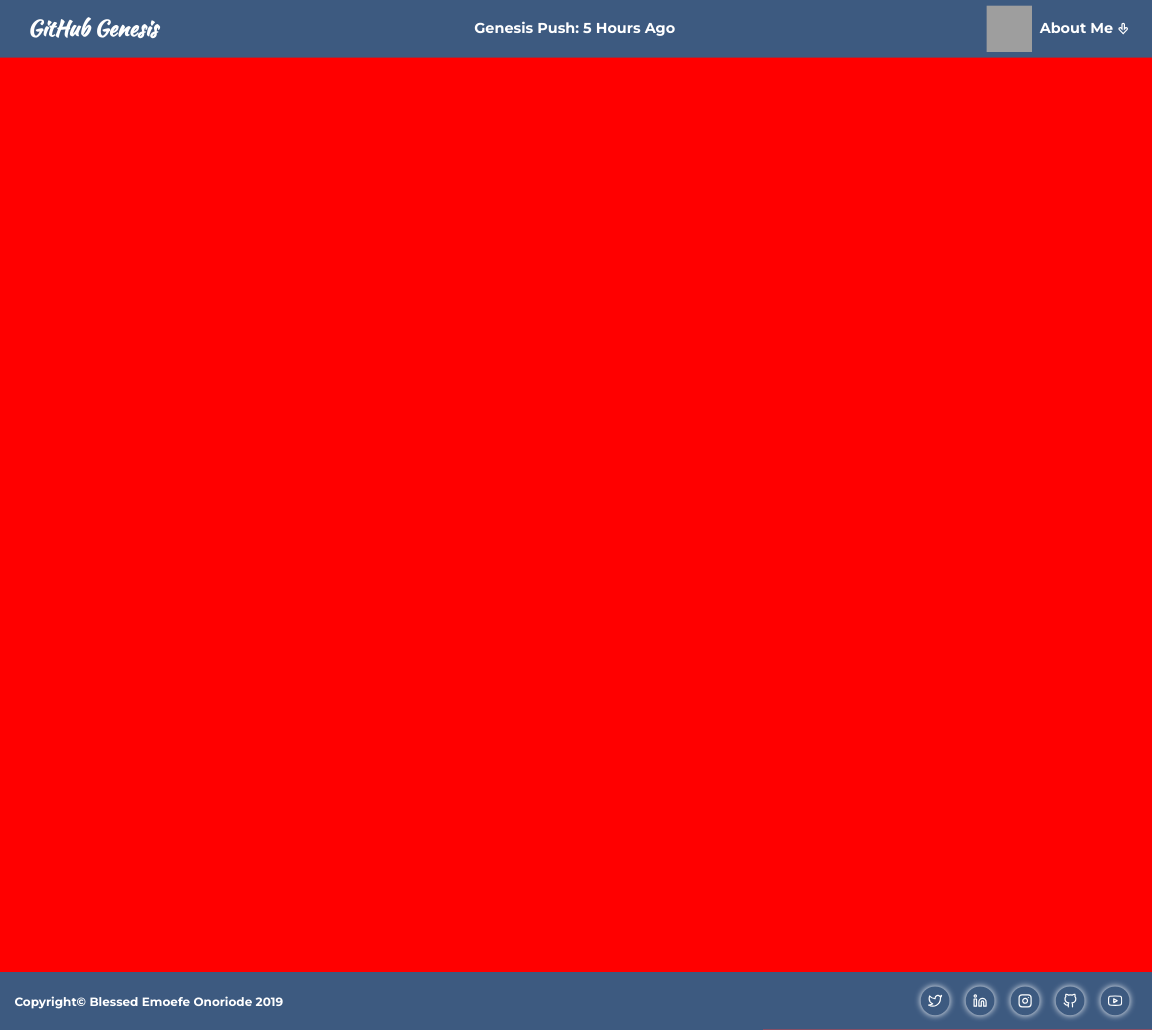
Repository: BlessedEmoefe/github-genesis
Page: /
An editor plug-in stored every save of this project. The page is shown before and after the next save, followed by the edit.
The browser window is 1280 px wide. The pictures show the whole page, at 90% of full size.
Pictures or frames that could not be fetched are drawn as grey boxes. The project was rebuilt for these pictures with package versions that can differ from the ones it lists, and the page was loaded fresh each time.

Above is the page before, as saved 2021-04-04 22:47:04.

### public/index.html
<!DOCTYPE html>
<html lang="en">
  <head>
    <meta charset="utf-8" />
    <link rel="icon" href="%PUBLIC_URL%/circle-cropped.png" />
    <meta name="viewport" content="width=device-width, initial-scale=1" />
    <meta name="theme-color" content="#000000" />
    <meta
      name="description"
      content="Web site created using create-react-app"
    />
    <link rel="apple-touch-icon" href="%PUBLIC_URL%/logo192.png" />
   <link rel="preconnect" href="https://fonts.gstatic.com">
<link href="https://fonts.googleapis.com/css2?family=Montserrat:wght@300;400;500;600;700;900&display=swap" rel="stylesheet">
<link rel="preconnect" href="https://fonts.gstatic.com">
<link href="https://fonts.googleapis.com/css2?family=Kaushan+Script&display=swap" rel="stylesheet">

    <link rel="manifest" href="%PUBLIC_URL%/manifest.json" />

    <title>React App</title>
  </head>
  <body>
    <noscript>You need to enable JavaScript to run this app.</noscript>
    <div id="root"></div>

  </body>
</html>

### src/index.js
import React from 'react';
import ReactDOM from 'react-dom';
import './index.css';
import Home from './pages/home';

ReactDOM.render(
  <React.StrictMode>
    <Home/>
  </React.StrictMode>,
  document.getElementById('root')
);

### src/index.css
body {
  margin: 0;
  font-family: 'Montserrat', sans-serif;
}
*{
  box-sizing:border-box;

}
p, b, h1, h2, h3, h4, h5, h6, span, div{
margin:0;
padding:0;
}

code {
font-family: 'Montserrat', sans-serif;
}

### src/pages/home/index.jsx
import React from "react";
import Body from "../../component/body";
import Footer from "../../component/footer";
import Header from "../../component/header";
import { HomeStyles } from "./styles";

const Home = () => {

  return (
    <HomeStyles>
      <Header />
      <Body />
      <Footer />
    </HomeStyles>
  );
};

export default Home;

### src/component/body/index.jsx
import React from 'react';
import { BodyStyles } from "./styles";

const Body = () => {
  return (
    <BodyStyles>
      <div className="bodyContainer">
        <h2>All content comes</h2>
      </div>
    </BodyStyles>
  )
}

export default Body;

### src/component/footer/index.jsx
import React from "react";
import { FooterStyles } from "./styles";
import {
  FiYoutube as Youtube,
  FiTwitter as Twitter,
  FiLinkedin as LinkedIn,
  FiInstagram as Instagram,
  FiGithub as Github
} from "react-icons/fi";

const Footer = () => {
  const socialData = [
    { name: "twitter", icon: <Twitter />, url: "#" },
    { name: "linkedIn", icon: <LinkedIn />, url: "#" },
    { name: "instagram", icon: <Instagram />, url: "#" },
    { name: "github", icon: <Github />, url: "#" },
    { name: "youtube", icon: <Youtube />, url: "#" },
  ];
  return (
    <FooterStyles>
      <div className="copyright">
        <small>Copyright© Blessed Emoefe Onoriode 2019</small>
      </div>
      <div className="socialMedia">
        {socialData.map(({ name, icon, url }) => (
          <div className="socialcontainer" name={name}>{icon}</div>
        ))}
      </div>
    </FooterStyles>
  );
};

export default Footer;

### src/component/header/index.jsx
import React, { useState, useEffect } from "react";
import Profile from "../profile";
import { HeaderStyles } from "./styles";

const Header = () => {
  const [timer, setTimer] = useState(0);

  useEffect(() => {
    const Interval = setInterval(() => {
      setTimer((timer) => timer + 1);
    }, 1000);
    return () => {
      clearInterval(Interval);
    };
  }, []);
  return (
    <HeaderStyles>
      <div className="headerTitle">
        <h2>GitHub Genesis</h2>
      </div>
      <div className="timer">
        <b>
          Genesis Push: {timer} <span>Hours Ago</span>
        </b>
      </div>
      <Profile/>
    </HeaderStyles>
  );
};

export default Header;

### src/pages/home/styles.js
import styled from "styled-components";

export const HomeStyles = styled.div`
  background: red;
  width: 100%;
  height: auto;
  margin: 0;
`;

### src/component/body/styles.js
import styled from "styled-components";

export const BodyStyles = styled.div`
  background: transparent;
  width: 100%;
  height: 150vh;
`;

### src/component/footer/styles.js
import styled from "styled-components";
import { color } from '../../config/colors';

export const FooterStyles = styled.div`
  background: ${color.primary};
  width: 100%;
  height: max-content;
  display: flex;
  justify-content: space-between;
  align-items: center;
  padding: 1rem 1rem;
  margin: 0;
  color: white;

  .copyright {
    small {
      font-weight: bolder;
      cursor: pointer;
    }
  }
  .socialMedia {
    cursor: pointer;
    display: flex;
    justify-content: space-around;
    align-items: center;
    width: 20%;

    .socialcontainer {
      border-radius: 50%;
      -webkit-box-shadow: 0px 0px 7px 0px rgba(255, 255, 255, 1);
      -moz-box-shadow: 0px 0px 7px 0px rgba(255, 255, 255, 1);
      box-shadow: 0px 0px 7px 0px rgba(255, 255, 255, 1);
      width: max-content;
      height: max-content;
      padding: 0.5rem;
      display: flex;
      justify-content: space-around;
      align-items: center;
    }
  }

  @media (max-width: 1070px) {
    .socialMedia {
      max-width: 40%;
      min-width: 30%;
    }
  }
  @media (max-width: 700px) {
    .copyright {
      font-size: 0.9rem;
      max-width: 40%;
      small {
        font-weight: bolder;
        cursor: pointer;
      }
    }
    .socialMedia {
      max-width: 60%;
      min-width: 40%;
    }
  }
  @media (max-width: 530px) {
    flex-direction: column;
    justify-content: space-around;

    .copyright {
      font-size: 1rem;
      max-width: 100%;
      padding:0.5rem 1rem 1.3rem 1rem;
      text-align: center;
    }
    .socialMedia {
      max-width: 100%;
      min-width: 100%;
    }
  }
`;

### src/component/profile/index.jsx
import React, { useState } from 'react';
import { ProfileStyles } from "./styles";
import ProfileImage from "../../assets/ProfileImage.png";
import {
  TiArrowDownOutline as ArrowDown,
  TiArrowUpOutline as ArrowUp
} from "react-icons/ti";
import { CgUserlane as BiographyIcon } from "react-icons/cg";
import { FiGithub as GithubGenesisIcon } from "react-icons/fi";
import { SiGithubactions as GitStatusIcon } from "react-icons/si";
import { AiOutlineAndroid as MyWorksIcon } from "react-icons/ai";
import { IoIosContact as ContactIcon } from "react-icons/io";

const Profile = (...otherProps) => {
  const [isOpen, setIsOpen] = useState(false);
  const OpenProfileModal =()=> {
    setIsOpen(isOpen=>!isOpen)
  }

  const profileData = [
    { icon: <GithubGenesisIcon />, name: "Github Genesis", url: "#" },
    { icon: <BiographyIcon />, name: "Short Biography", url: "#" },
    { icon: <GitStatusIcon />, name: "My Git Status", url: "#" },
    { icon: <MyWorksIcon />, name: "My Works", url: "#" },
    { icon: <ContactIcon />, name: "Contact", url: "#" },
  ];
  return (
    <ProfileStyles isOpen={isOpen}>
      <div className="aboutContainer" onClick={OpenProfileModal}>
        <div className="imageContainer">
          <img src={ProfileImage} alt="profileimg" width="100%" height="100%" />
        </div>
        <div className="profileTextAndIcon">
          <b>About Me</b>
          {isOpen ? <ArrowUp /> : <ArrowDown />}
        </div>
      </div>
      <div className="profileContentContainer">
        {profileData.map(({ icon, name, url }) => (
          <div className="profileContent">
            {icon}
            <span>{name}</span>
          </div>
        ))}
      </div>
    </ProfileStyles>
  );
}

export default Profile;

### src/component/header/styles.js
import styled from "styled-components";
import {color} from "../../config/colors"

export const HeaderStyles = styled.div`
  display: flex;
  justify-content: space-between;
  align-items: center;
  width: 100%;
  height: max-content;
  background: ${color.primary};
  padding: 0.4rem 1.5rem;
  color: white;
  font-size: 1rem;
  position:absolute;

  .headerTitle {
    font-weight: 500;
    width: max-content;
    height: max-content;
    padding: 0.4rem;
    font-family: "Kaushan Script", cursive;
  }
  .about {
    font-weight: 700;
    font-family: inherit;
  }
  .timer {
    font-weight: 700;
  }

  @media (max-width: 650px) {
    font-size: 0.75rem;
    padding: 0.4rem 0.5rem;
    .timer {
      display: none;
    }
  }
`;

### src/config/colors/index.jsx
/*This is the color component for the app. Theming and color variations should live here */
export const color = {
  primary: "#3D5A80",
  secondary: "#EE6C4D",
  tertiary: "#293241",
  background: "#98C1D9",
  text: "#060B0F",
};

### src/component/profile/styles.js
import styled from "styled-components";
import { color } from "../../config/colors";

export const ProfileStyles = styled.div`
  height: 100%;
  width: max-content;
  z-index: 1;
  cursor: pointer;
  .aboutContainer {
     z-index: 1;
    display: flex;
    justify-content: space-around;
    align-items: center;
    .imageContainer {
      height: 3.2rem;
      width: 3.2rem;
      border-radius: 50%;
    }
    .profileTextAndIcon {
      display: flex;
      justify-content: space-around;
      align-items: center;
      flex-wrap: nowrap;
      margin-left: 0.5rem;
      b {
        font-size: 1rem;
        margin-right: 0.2rem;
      }
    }
  }
  .profileContentContainer {
    z-index: -1;
    width: max-content;
    box-shadow: 1px 1px 3px rgba(0, 0, 0, 0.3), 0 1px 3px rgba(0, 0, 0, 0.2);
    right: 5px;
    transition: 0.4s ease-in-out;
    background: ${color.primary};
    position: absolute;
    top: ${({ isOpen }) => (isOpen ? "4.1rem" : "-18rem")};
    animation: ${({ isOpen }) => (isOpen ? "slideIn" : "slideOut")} 1.2s 1;
    @keyframes slideIn {
      100% {
        top: 4.1rem;
      }
      40% {
        top: 10rem;
      }
      20% {
        top: -30rem;
      }
      0% {
        top: -20rem;
      }
    }
    @keyframes slideOut {
      0% {
        top: 4.1rem;
      }
      20% {
        top: 10rem;
      }
      100% {
        top: -20rem;
      }
    }
    border-radius: 1rem;
    display: flex;
    flex-direction: column;
    justify-content: space-between;
    align-items: flex-start;
    color: white;
    font-weight: bold;
    font-size: 1.2rem;
    .profileContent {
      width: 100%;
      padding: 0.8rem 1rem;
      display: flex;
      justify-content: flex-start;
      align-items: center;
      & > span {
        margin-left: 0.5rem;
        font-size: 0.85rem;
      }
    }
  }
`;

After the next save:
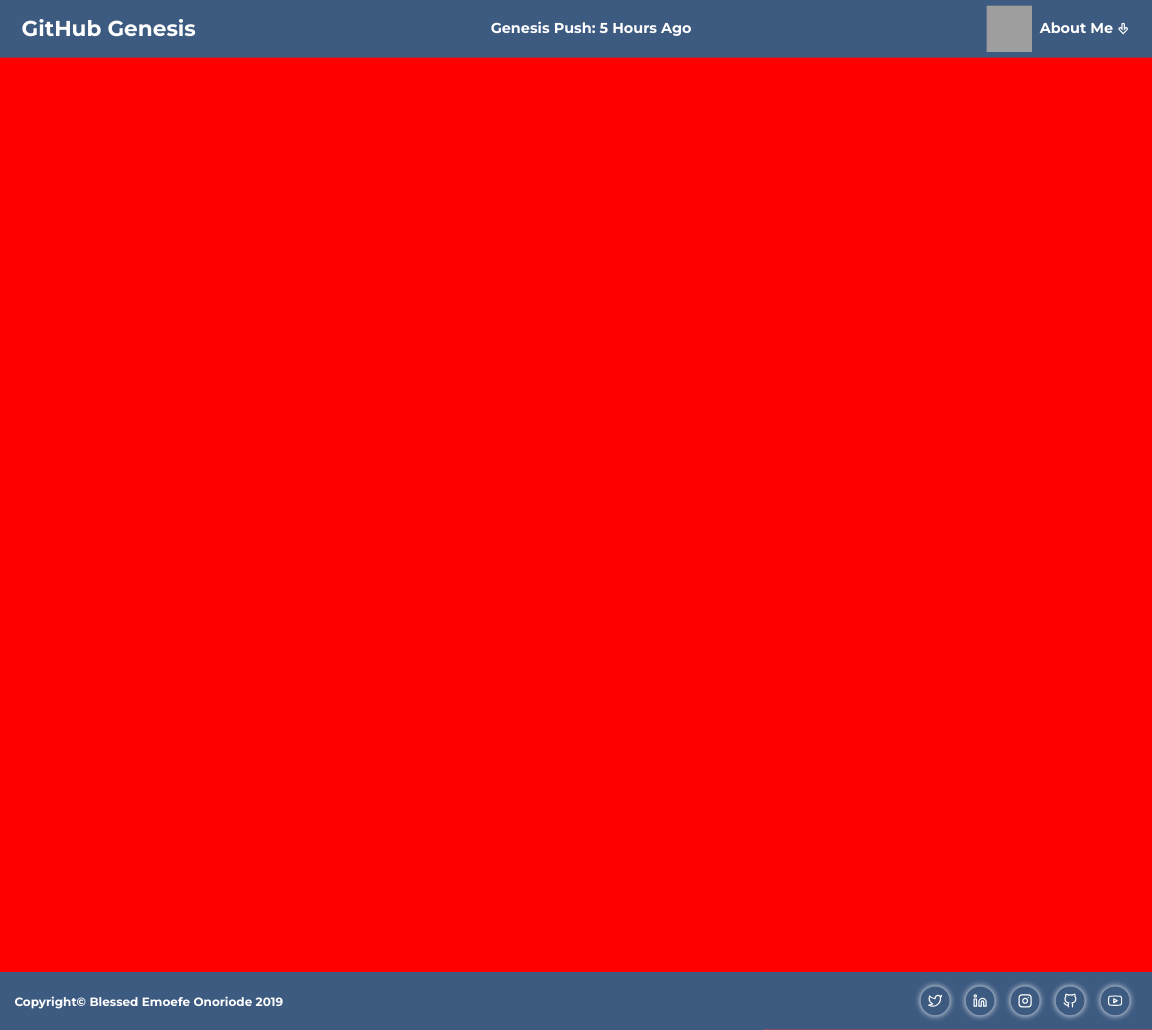
Saved 7 s later.
--- a/src/component/header/styles.js
+++ b/src/component/header/styles.js
@@ -12,6 +12,7 @@
   color: white;
   font-size: 1rem;
   position:absolute;
+  z-ndex
 
   .headerTitle {
     font-weight: 500;

After the save that followed:
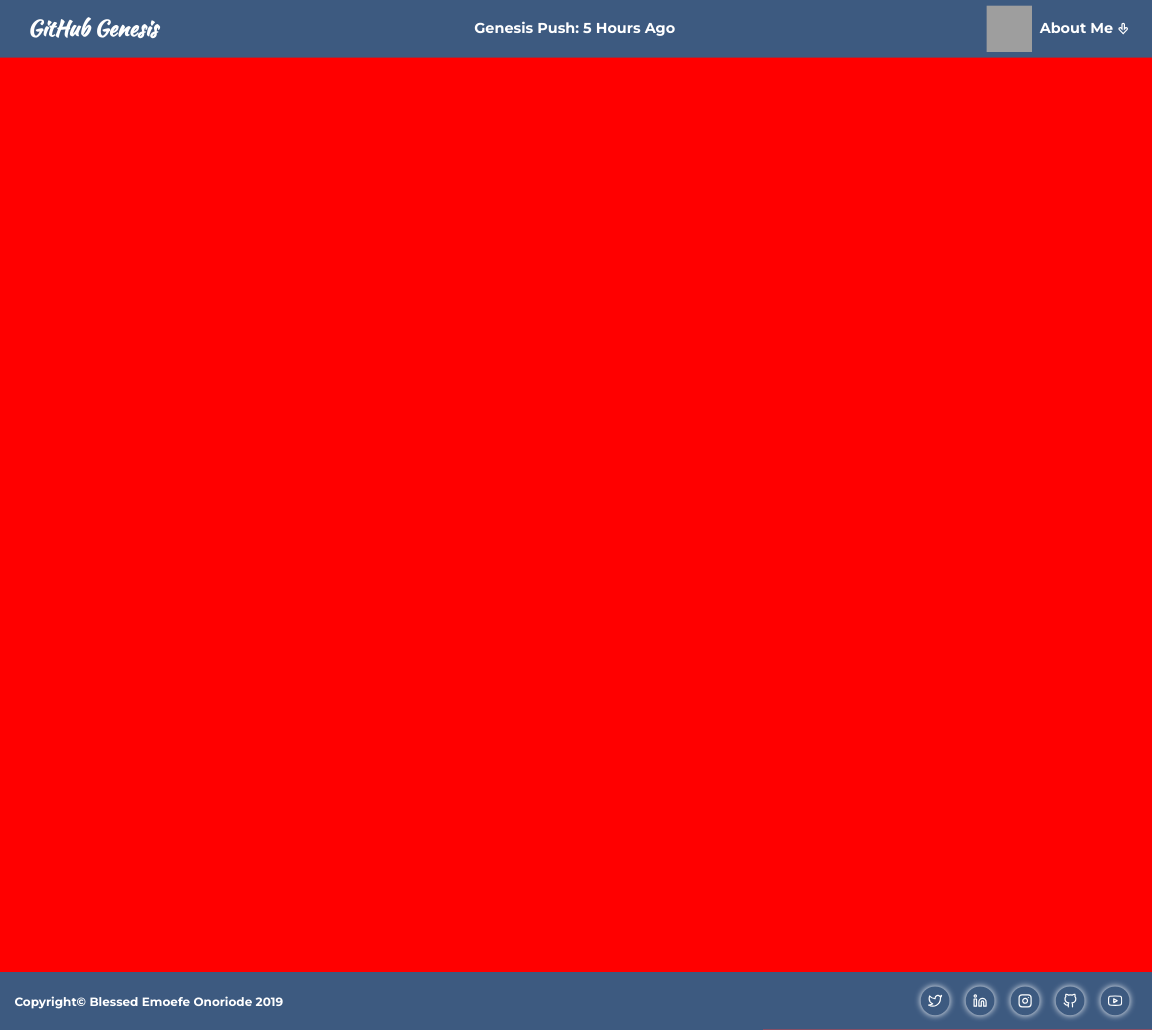
Saved 5 s later.
--- a/src/component/header/styles.js
+++ b/src/component/header/styles.js
@@ -12,7 +12,7 @@
   color: white;
   font-size: 1rem;
   position:absolute;
-  z-ndex
+  z-z-index: ndex;
 
   .headerTitle {
     font-weight: 500;
